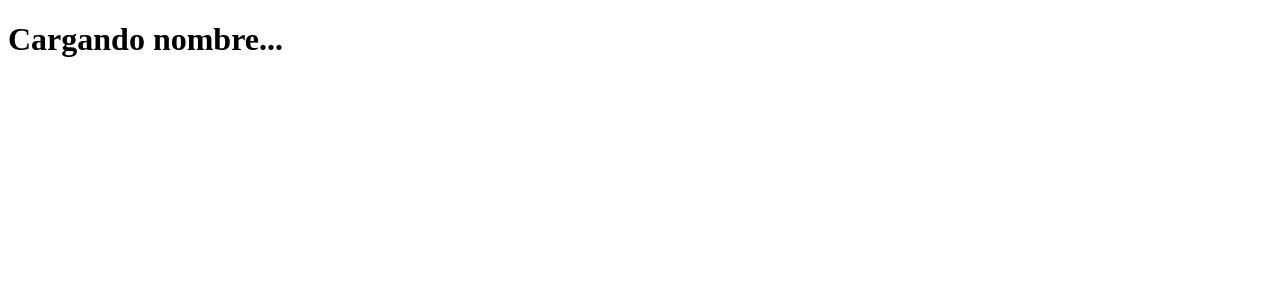
Repository: aCoupon0/intranet
Page: 1/venta-2.html
An editor plug-in stored every save of this project. The page is shown before and after the next save, followed by the edit.
The browser window is 1280 px wide. The pictures show the whole page.

Above is the page before, as saved 2024-11-29 13:58:20.
Console error: TypeError: Cannot read properties of null (reading 'addEventListener')

After the next save:
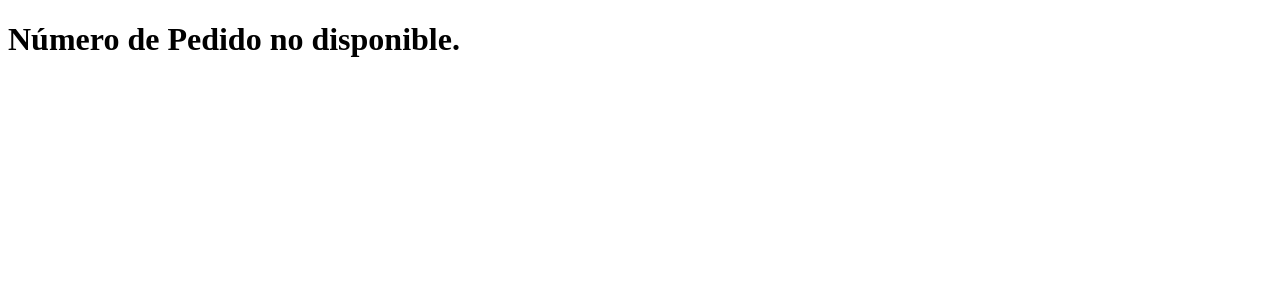
Saved 38 s later.
--- a/1/venta-2.html
+++ b/1/venta-2.html
@@ -1,25 +1,28 @@
-<!-- ventas2.html -->
 <!DOCTYPE html>
 <html lang="es">
+
 <head>
     <meta charset="UTF-8">
     <meta name="viewport" content="width=device-width, initial-scale=1.0">
-    <title>Ventas 2</title>
-    <script src="js/ventas-shared.js"></script> <!-- Incluye ventas-shared.js -->
+    <title>Venta 2</title>
 </head>
+
 <body>
-    <h1 id="nombre-cliente">Cargando nombre...</h1> <!-- Este h1 mostrará el nombre del cliente -->
+    <h1 id="h1-numero-pedido">Número de Pedido: Cargando...</h1>
 
+    <script src="../js/ventas-shared.js"></script>
     <script>
-        // Script propio de ventas2.html
-        window.onload = function() {
-            const nombreClienteElement = document.getElementById('nombre-cliente');
-            if (primerMensaje) {
-                nombreClienteElement.textContent = `Cliente: ${primerMensaje}`;
+        // Esperamos que el contenido se cargue antes de asignar el valor
+        window.onload = () => {
+            const h1 = document.getElementById('h1-numero-pedido');
+
+            if (numeroPedido) {
+                h1.textContent = 'Número de Pedido: ' + numeroPedido;
             } else {
-                nombreClienteElement.textContent = 'No se ha recibido el nombre del cliente.';
+                h1.textContent = 'Número de Pedido no disponible.';
             }
         };
     </script>
 </body>
+
 </html>
